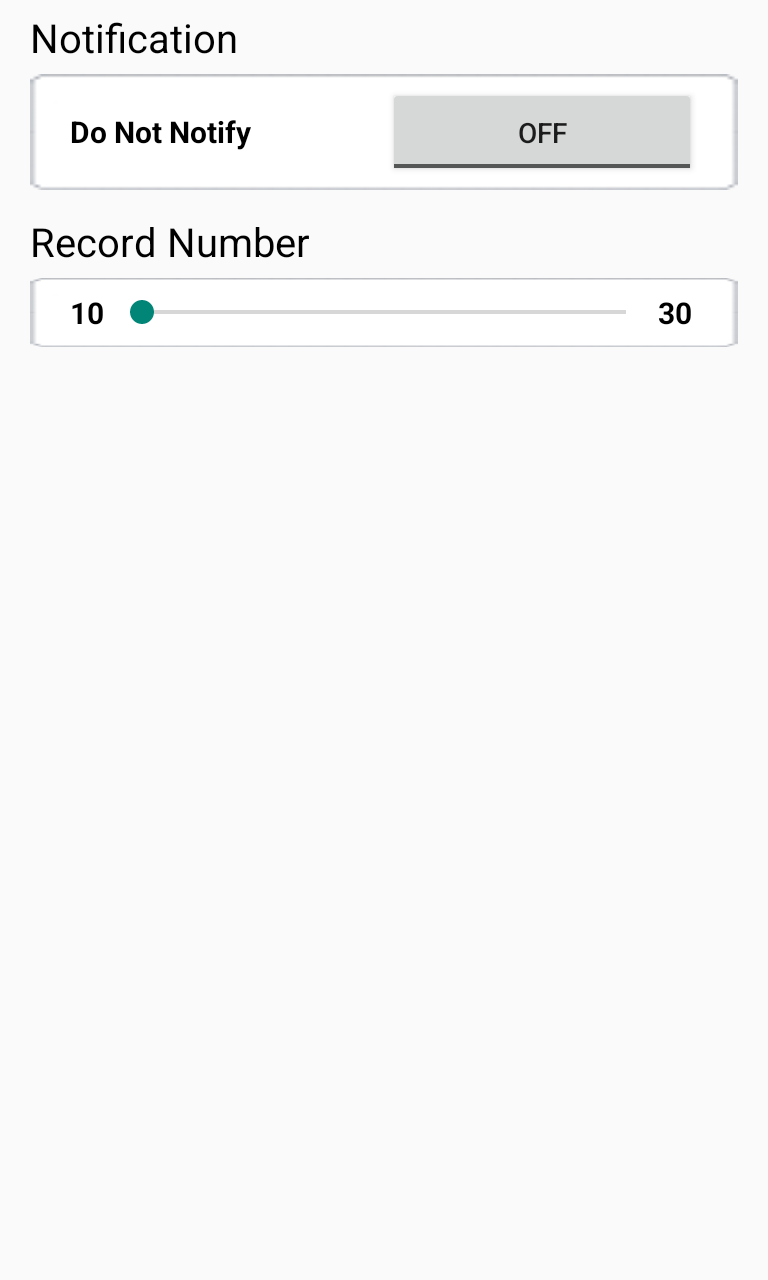
Repository: GitDidNotExitCleanly/AndroidTimer
Layout: G54MDP_Stopwatch/res/layout/fragment_settings.xml
An editor plug-in stored every save of this project. The layout is shown before and after the next save, followed by the edit.
It is drawn on a 768 x 1280 px phone screen (xhdpi) without system bars, with theme AppTheme; the app's code is not run.

Above is the layout before, as saved 2015-03-09 12:11:30.

### G54MDP_Stopwatch/res/layout/fragment_settings.xml
<?xml version="1.0" encoding="utf-8"?>
<LinearLayout xmlns:android="http://schemas.android.com/apk/res/android"
    android:layout_width="match_parent"
    android:layout_height="match_parent"
    android:orientation="vertical" >

    <LinearLayout
        android:layout_width="match_parent"
        android:layout_height="wrap_content"
        android:orientation="vertical"
        android:layout_marginTop="5dp"
        android:layout_marginBottom="5dp"
        android:layout_marginLeft="15dp"
        android:layout_marginRight="15dp" >

        <TextView
            android:layout_width="wrap_content"
            android:layout_height="wrap_content"
            android:textColor="#000"
            android:textSize="20sp"
            android:text="Notification" />

       <LinearLayout
           android:layout_width="match_parent"
           android:layout_height="wrap_content"
           android:layout_marginBottom="5dp"
           android:layout_marginTop="5dp"
           android:paddingTop="5dp"
           android:paddingBottom="5dp"
           android:paddingLeft="20dp"
           android:paddingRight="20dp"
           android:background="@drawable/settings_border"
           android:orientation="horizontal" >

            <TextView
                android:layout_width="wrap_content"
                android:layout_height="wrap_content"
                android:layout_weight="1"
                android:textStyle="bold"
                android:textColor="#000"
                android:textSize="15sp"
                android:text="Do Not Notify" />

            <ToggleButton
                android:id="@+id/do_not_notify"
                android:layout_width="wrap_content"
                android:layout_height="wrap_content"
                android:layout_weight="1"
                android:checked="false"
                android:text="ToggleButton" />

        </LinearLayout>

    </LinearLayout>

    <LinearLayout
        android:layout_width="match_parent"
        android:layout_height="wrap_content"
        android:orientation="vertical"
        android:layout_marginTop="2dp"
        android:layout_marginBottom="2dp"
        android:layout_marginLeft="15dp"
        android:layout_marginRight="15dp" >

         <TextView
            android:layout_width="wrap_content"
            android:layout_height="wrap_content"
            android:textColor="#000"
            android:textSize="20sp"
            android:text="Record Number" />

        <LinearLayout
            android:layout_width="match_parent"
            android:layout_height="wrap_content"
            android:layout_marginBottom="5dp"
            android:layout_marginTop="5dp"
            android:background="@drawable/settings_border"
            android:gravity="center"
            android:orientation="horizontal"
            android:paddingTop="7dp"
            android:paddingBottom="7dp"
            android:paddingLeft="20dp"
            android:paddingRight="20dp" >

            <TextView
                android:layout_width="20dp"
                android:layout_height="wrap_content"
                android:textStyle="bold"
                android:textColor="#000"
                android:textSize="15sp"
                android:text="10" />

            <SeekBar
                android:id="@+id/record_number_seekbar"
                android:layout_width="fill_parent"
                android:layout_height="wrap_content"
                android:layout_weight="1" />

            <TextView
                android:layout_width="20dp"
                android:layout_height="wrap_content"
                android:textStyle="bold"
                android:textColor="#000"
                android:textSize="15sp"
                android:text="30" />

        </LinearLayout>

    </LinearLayout>

</LinearLayout>

Loaded but not shown: G54MDP_Stopwatch/res/values/styles.xml (common file); G54MDP_Stopwatch/res/values-v11/styles.xml (common file); G54MDP_Stopwatch/res/values-v14/styles.xml (common file)

After the next save:
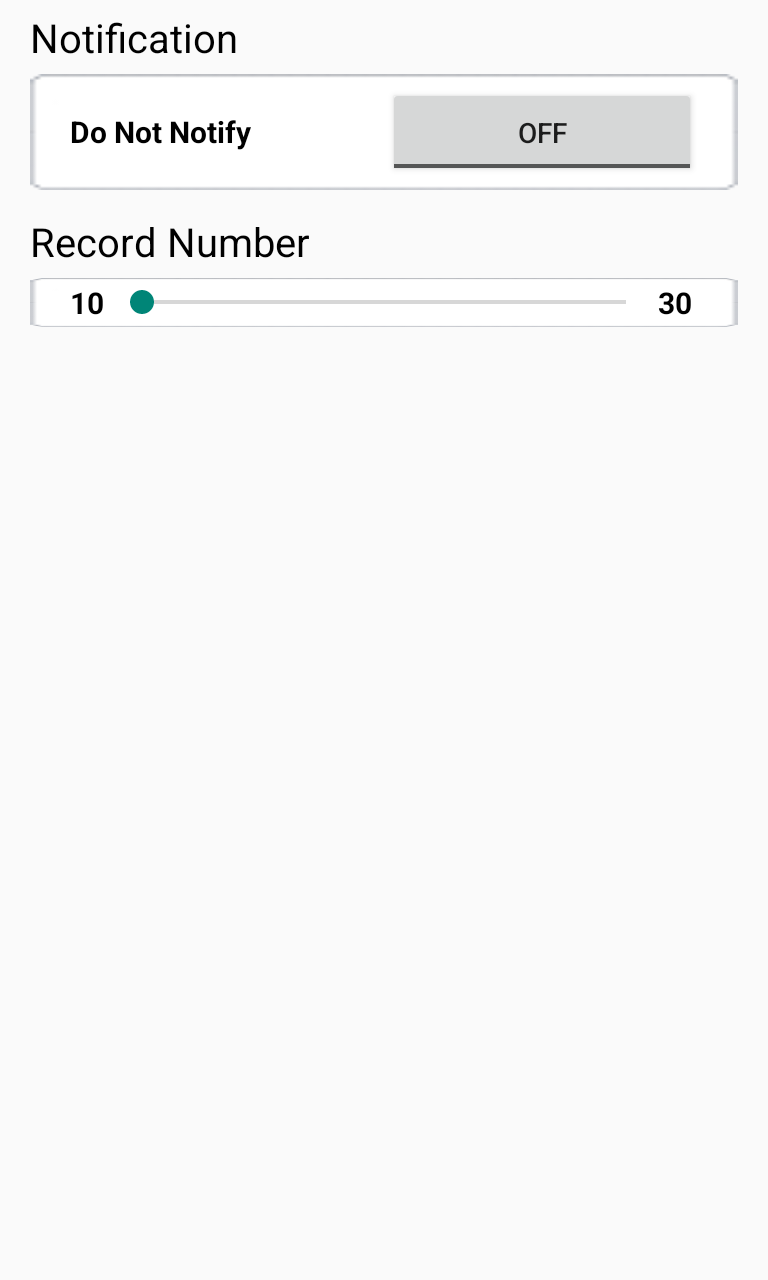
Saved 79 s later.
--- a/G54MDP_Stopwatch/res/layout/fragment_settings.xml
+++ b/G54MDP_Stopwatch/res/layout/fragment_settings.xml
@@ -77,8 +77,8 @@
             android:background="@drawable/settings_border"
             android:gravity="center"
             android:orientation="horizontal"
-            android:paddingTop="7dp"
-            android:paddingBottom="7dp"
+            android:paddingTop="2dp"
+            android:paddingBottom="2dp"
             android:paddingLeft="20dp"
             android:paddingRight="20dp" >
 
